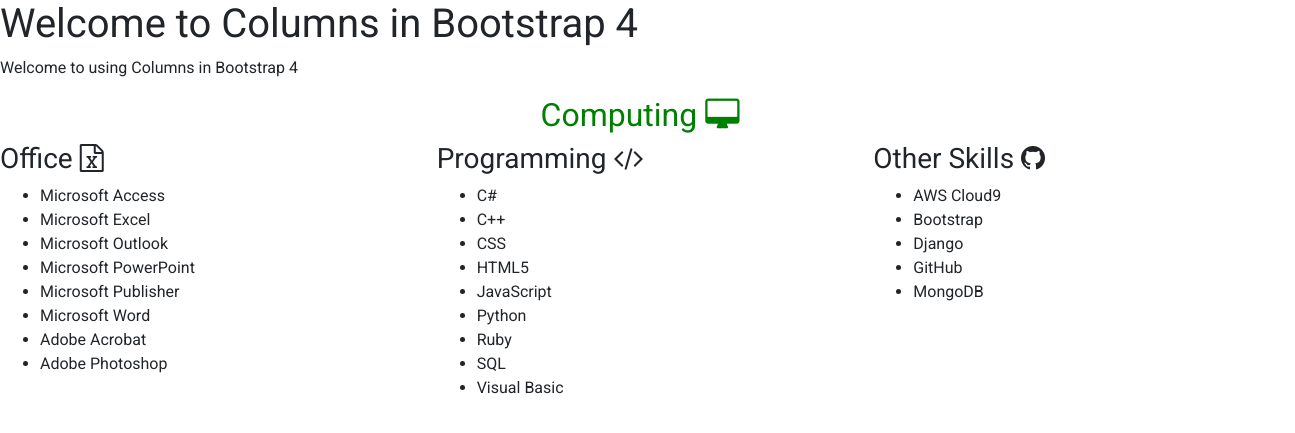
Repository: derektypist/columns-in-bootstrap-4
Page: index.html
The author's editor kept a record of every edit. The page is drawn from the files as they stood at one moment, then again after the next edit.
The browser window is 1280 px wide. The page is 1295 px wide, so the pictures cover 1295 px, including what lies to the right of the window. The pictures show the whole page.

Above is the page before.

### index.html
<!DOCTYPE html>
<html lang="en">

<head>
    <meta charset="UTF-8">
    <meta name="viewport" content="width=device-width, initial-scale=1.0">
    <meta http-equiv="X-UA-Compatible" content="ie=edge">
    <title>Document</title>
    <!-- Load Style Sheets -->
    <link rel="stylesheet" href="https://maxcdn.bootstrapcdn.com/bootstrap/4.3.1/css/bootstrap.min.css" integrity="sha384-ggOyR0iXCbMQv3Xipma34MD+dH/1fQ784/j6cY/iJTQUOhcWr7x9JvoRxT2MZw1T" crossorigin="anonymous">
    <link rel="stylesheet" href="https://maxcdn.bootstrapcdn.com/font-awesome/4.7.0/css/font-awesome.min.css" type="text/css" />
    <link href="https://fonts.googleapis.com/css?family=Roboto&display=swap" rel="stylesheet">
    <link href="style.css" rel="stylesheet">
</head>

<body>
    <!-- Apply Header -->
    <header>
        <h1>Welcome to Columns in Bootstrap 4</h1>
        <p>Welcome to using Columns in Bootstrap 4</p>
    </header>

    <!-- Apply Sections -->
    <section>
        <h2>Computing <i class="fa fa-desktop" aria-hidden="true"></i></h2>

        <!-- Set Up Row -->
        <article class="row">
            <!-- Set Up Article for Office -->
            <article class="col-sm-4">
                <h3>Office <i class="fa fa-file-excel-o" aria-hidden="true"></i></h3>
                <ul>
                    <li>Microsoft Access</li>
                    <li>Microsoft Excel</li>
                    <li>Microsoft Outlook</li>
                    <li>Microsoft PowerPoint</li>
                    <li>Microsoft Publisher</li>
                    <li>Microsoft Word</li>
                    <li>Adobe Acrobat</li>
                    <li>Adobe Photoshop</li>
                </ul>
            </article>

            <!-- Set Up Article for Programming -->
            <article class="col-sm-4">
                <h3>Programming <i class="fa fa-code" aria-hidden="true"></i></h3>
                <ul>
                    <li>C#</li>
                    <li>C++</li>
                    <li>CSS</li>
                    <li>HTML5</li>
                    <li>JavaScript</li>
                    <li>Python</li>
                    <li>Ruby</li>
                    <li>SQL</li>
                    <li>Visual Basic</li>
                </ul>
            </article>

            <!-- Set Up Article for Other Skills -->
            <article class="col-sm-4">
                <h3>Other Skills <i class="fa fa-github" aria-hidden="true"></i></h3>
                <ul>
                    <li>AWS Cloud9</li>
                    <li>Bootstrap</li>
                    <li>Django</li>
                    <li>GitHub</li>
                    <li>MongoDB</li>
                </ul>
            </article>
        </article>
    </section>

</body>

</html>

### style.css
/* Body */

body {
    font-family: "Roboto", Arial, Verdana, sans-serif;
}

/* Header */

#myheader {
    color: purple;
    text-align: center;
}


/* Section */

h2 {
    color: green;
    text-align: center;
}

/* Office */

.office {
    background-color: lightgreen;
}

/* Programming */

.programming {
    background-color: lightblue;
}

/* Other Skills */

.otherskills {
    background-color: pink;
}

After the next edit:
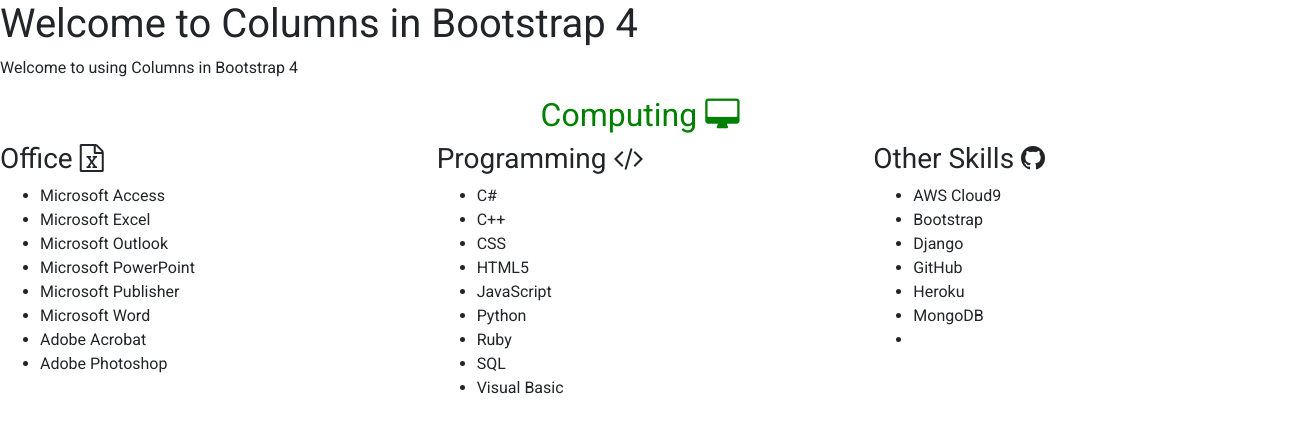
The edit:
--- a/index.html
+++ b/index.html
@@ -65,7 +65,9 @@
                     <li>Bootstrap</li>
                     <li>Django</li>
                     <li>GitHub</li>
+                    <li>Heroku</li>
                     <li>MongoDB</li>
+                    <li></li>
                 </ul>
             </article>
         </article>
